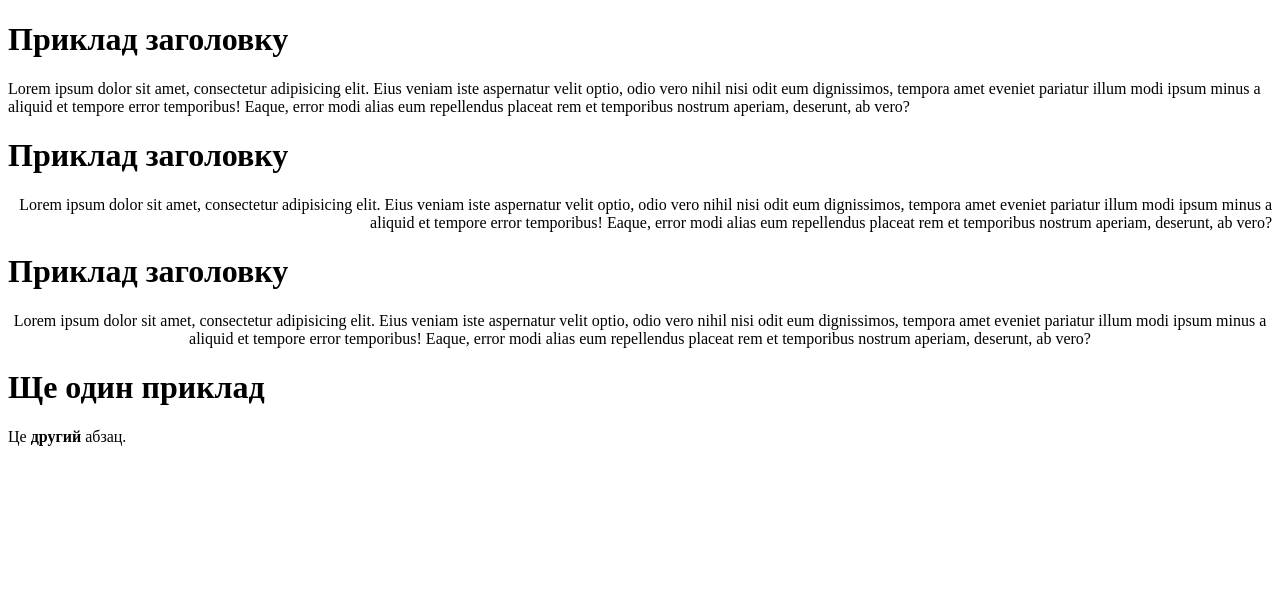
Repository: YurroUzhgorod/Home-works--vue.js3-and-node-express
Page: 7-lesson28-practice/my-practice/library_back/public/index.html
The author's editor kept a copy of each file at every save. The page is drawn from the files as they stood at one save, then again after the next save.
The browser window is 1280 px wide. The pictures show the whole page.

Above is the page before, as saved 2022-06-19 23:37:48.

### 7-lesson28-practice/my-practice/library_back/public/index.html
<!DOCTYPE html>
<html lang="en">
  <head>
    <meta charset="UTF-8" />
    <meta http-equiv="X-UA-Compatible" content="IE=edge" />
    <meta name="viewport" content="width=device-width, initial-scale=1.0" />
    <title>Document</title>
  </head>
  <body>
    <h1>Приклад заголовку</h1>
    <p align="left">
      Lorem ipsum dolor sit amet, consectetur adipisicing elit. Eius veniam iste
      aspernatur velit optio, odio vero nihil nisi odit eum dignissimos, tempora
      amet eveniet pariatur illum modi ipsum minus a aliquid et tempore error
      temporibus! Eaque, error modi alias eum repellendus placeat rem et
      temporibus nostrum aperiam, deserunt, ab vero?
    </p>
    <h1>Приклад заголовку</h1>
    <p align="right">
      Lorem ipsum dolor sit amet, consectetur adipisicing elit. Eius veniam iste
      aspernatur velit optio, odio vero nihil nisi odit eum dignissimos, tempora
      amet eveniet pariatur illum modi ipsum minus a aliquid et tempore error
      temporibus! Eaque, error modi alias eum repellendus placeat rem et
      temporibus nostrum aperiam, deserunt, ab vero?
    </p>
    <h1>Приклад заголовку</h1>
    <p align="center">
      Lorem ipsum dolor sit amet, consectetur adipisicing elit. Eius veniam iste
      aspernatur velit optio, odio vero nihil nisi odit eum dignissimos, tempora
      amet eveniet pariatur illum modi ipsum minus a aliquid et tempore error
      temporibus! Eaque, error modi alias eum repellendus placeat rem et
      temporibus nostrum aperiam, deserunt, ab vero?
    </p>
    <h1>Ще один приклад</h1>
    <p>Це <strong>другий</strong> абзац.</p>
  </body>
</html>

After the next save:
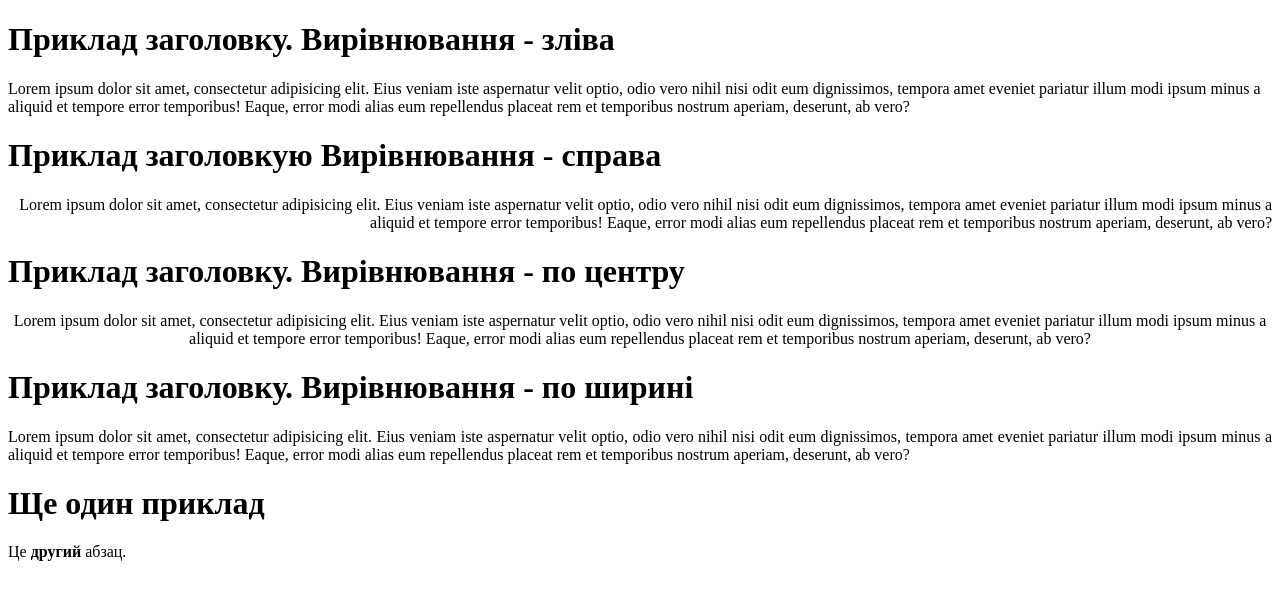
Saved 79 s later.
--- a/7-lesson28-practice/my-practice/library_back/public/index.html
+++ b/7-lesson28-practice/my-practice/library_back/public/index.html
@@ -7,7 +7,7 @@
     <title>Document</title>
   </head>
   <body>
-    <h1>Приклад заголовку</h1>
+    <h1>Приклад заголовку. Вирівнювання - зліва</h1>
     <p align="left">
       Lorem ipsum dolor sit amet, consectetur adipisicing elit. Eius veniam iste
       aspernatur velit optio, odio vero nihil nisi odit eum dignissimos, tempora
@@ -15,7 +15,7 @@
       temporibus! Eaque, error modi alias eum repellendus placeat rem et
       temporibus nostrum aperiam, deserunt, ab vero?
     </p>
-    <h1>Приклад заголовку</h1>
+    <h1>Приклад заголовкую Вирівнювання - справа</h1>
     <p align="right">
       Lorem ipsum dolor sit amet, consectetur adipisicing elit. Eius veniam iste
       aspernatur velit optio, odio vero nihil nisi odit eum dignissimos, tempora
@@ -23,8 +23,16 @@
       temporibus! Eaque, error modi alias eum repellendus placeat rem et
       temporibus nostrum aperiam, deserunt, ab vero?
     </p>
-    <h1>Приклад заголовку</h1>
+    <h1>Приклад заголовку. Вирівнювання - по центру</h1>
     <p align="center">
+      Lorem ipsum dolor sit amet, consectetur adipisicing elit. Eius veniam iste
+      aspernatur velit optio, odio vero nihil nisi odit eum dignissimos, tempora
+      amet eveniet pariatur illum modi ipsum minus a aliquid et tempore error
+      temporibus! Eaque, error modi alias eum repellendus placeat rem et
+      temporibus nostrum aperiam, deserunt, ab vero?
+    </p>
+    <h1>Приклад заголовку. Вирівнювання - по ширині</h1>
+    <p align="justify">
       Lorem ipsum dolor sit amet, consectetur adipisicing elit. Eius veniam iste
       aspernatur velit optio, odio vero nihil nisi odit eum dignissimos, tempora
       amet eveniet pariatur illum modi ipsum minus a aliquid et tempore error
